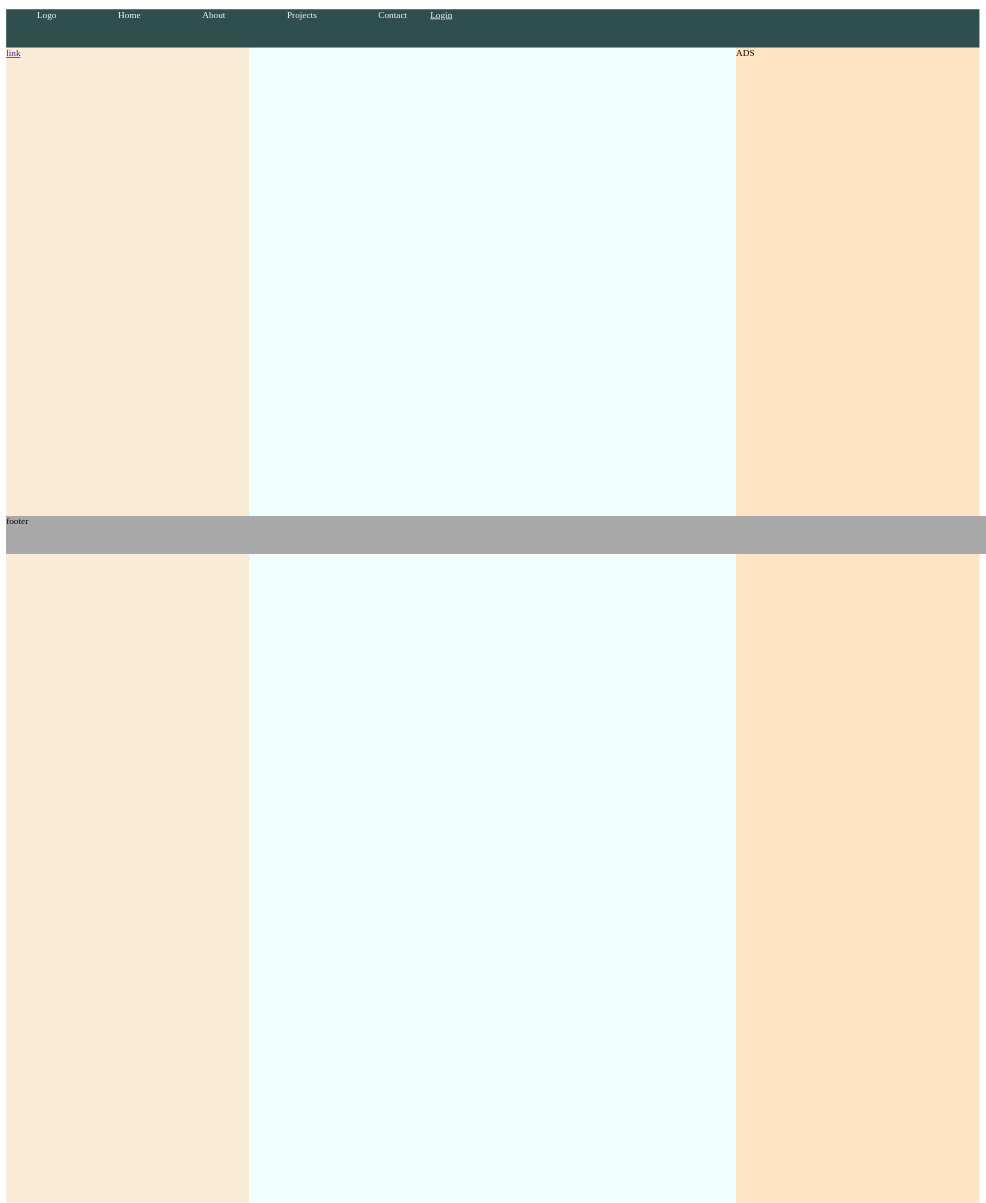
Repository: congle98/CSS_LayoutRWDCoBan
Page: index.html
An editor plug-in stored every save of this project. The page is shown before and after a run of saves, followed by the edit.
The browser window is 1280 px wide. The pictures show the whole page, at 77% of full size.

Above is the page before, as saved 2021-05-26 16:19:51.

### index.html
<!DOCTYPE html>
<html lang="en">
<head>
    <meta charset="UTF-8">
    <meta http-equiv="X-UA-Compatible" content="IE=edge">
    <meta name="viewport" content="width=device-width, initial-scale=1.0">
    <title>Document</title>
    <style>
        .col-1 {width: 8.33%;}
        .col-2 {width: 16.66%;}
        .col-3 {width: 25%;}
        .col-4 {width: 33.33%;}
        .col-5 {width: 41.66%;}
        .col-6 {width: 50%;}
        .col-7 {width: 58.33%;}
        .col-8 {width: 66.66%;}
        .col-9 {width: 75%;}
        .col-10 {width: 83.33%;}
        .col-11 {width: 91.66%;}
        .col-12 {width: 100%;}
        body{
            font-family:'Times New Roman', Times, serif;
            font-size: 12px;
        }
        .header{
            p
            top: 0;
            background-color: darkslategray;
            height: 50px;
        }
        .header__nav-item{
            position:relative;
            float: left;
            margin-right: 80px;
           list-style-type: none;
        }
        .header__nav-item a{
            color: aliceblue;
            text-decoration: none;
        }
        .header__nav-login{
            color: aliceblue;
            position:relative;
            right: 50px;
        }
        .left{
            height: 1500px;
            background-color: antiquewhite;
            position: relative;
            float: left;
        }
        .main{
            height: 1500px;
            background-color: azure;
            position: relative;
            float: left;
        }
        .right{
            height: 1500px;
            background-color: bisque;
            position: relative;
            float: left;
        }
        .footer{
            background-color: darkgray;
            position: fixed;
            bottom: 0;
            height: 50px;

        }
    </style>
</head>
<body>
    <div class="app col-12">
        <header class="header col-12">
            <div class="header__nav-list col-8">
                 <ul>
                <li class="header__nav-item"><a href="">Logo</a></li>
                <li class="header__nav-item"><a href="">Home</a></li>
                <li class="header__nav-item"><a href="">About</a></li>
                <li class="header__nav-item"><a href="">Projects</a></li>
                <li class="header__nav-item"><a href="">Contact</a></li>
            </ul>
            </div>
            <div>
                <a class="header__nav-login col-4" href="">Login</a>
            </div>
        </header>
        <div class="left col-3">
            <a href="">link</a>
        </div>
        <div class="main col-6"></div>
        <div class="right col-3">ADS</div>
        <div class="footer col-12">footer</div>
    </div>
</body>
</html>

After the next 6 saves:
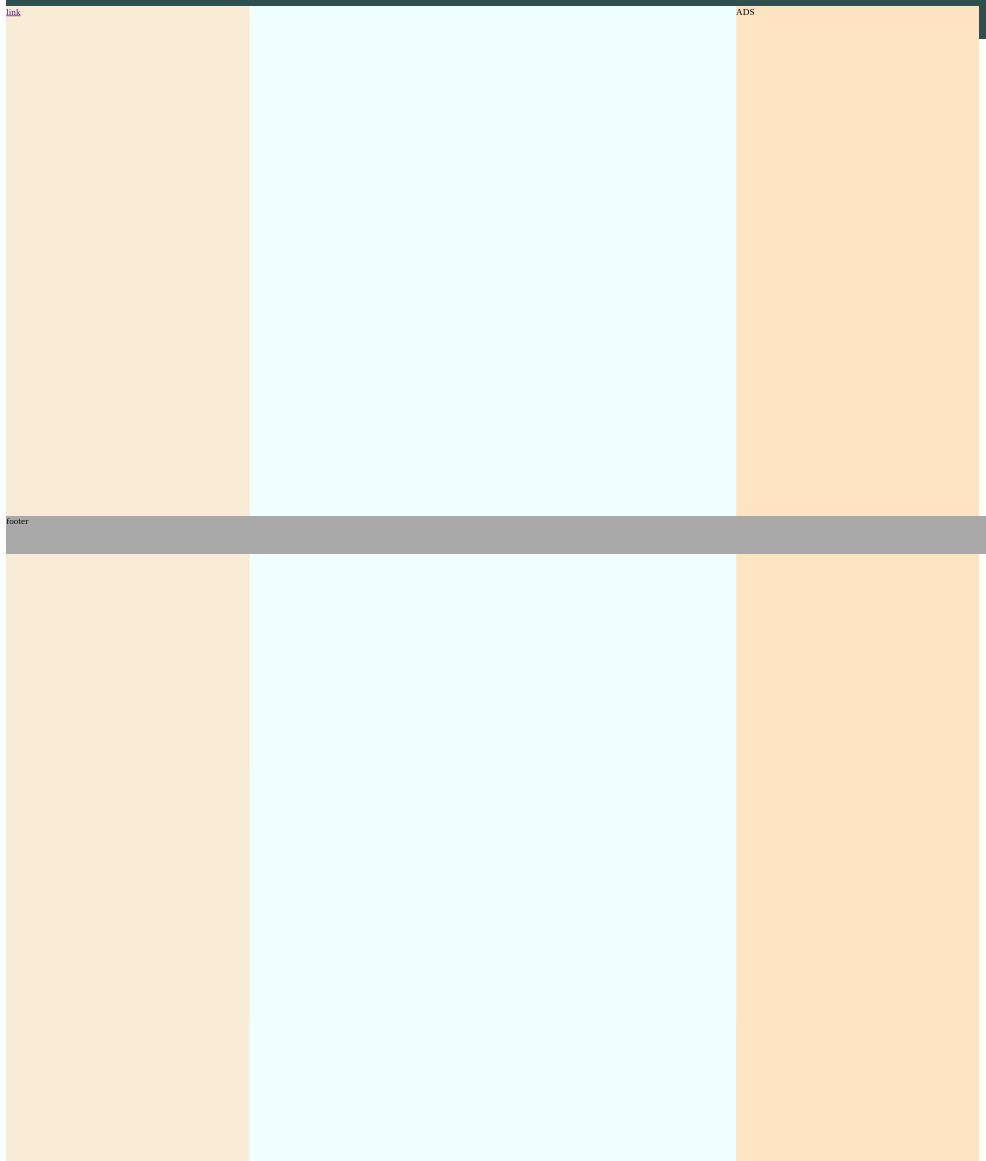
The 6 saves are shown as one change because they came seconds apart.
The last was saved 14 s later.
--- a/index.html
+++ b/index.html
@@ -23,7 +23,8 @@
             font-size: 12px;
         }
         .header{
-            p
+            position:fixed;
+            margin-bottom: ;
             top: 0;
             background-color: darkslategray;
             height: 50px;
